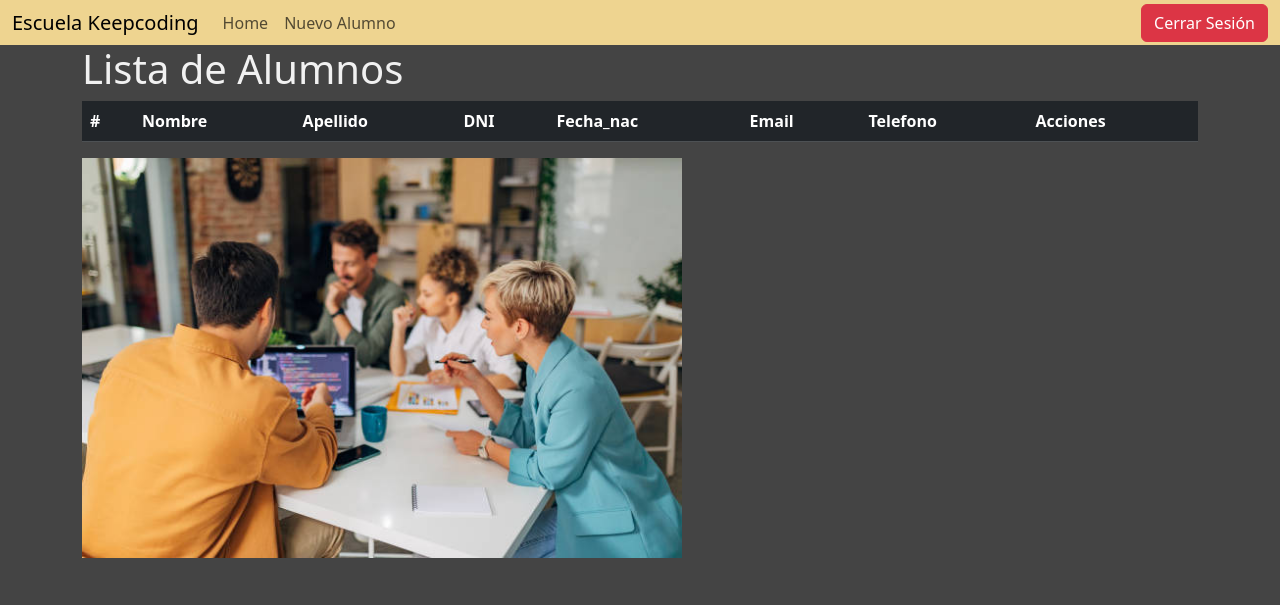
Repository: ChusmiPalos/EscuelaKeepcoding
Page: http://localhost/menu
The author's editor kept a copy of each file at every save. The page is drawn from the files as they stood at one save, then again after the next save.
The browser window is 1280 px wide. The pictures show the whole page.
The page is this project's Thymeleaf template; nobody is signed in. The template is opened directly, without the code that normally fills it, so the values that code supplies are empty.

Above is the page before, as saved 2024-07-06 23:22:19.

After the next save:
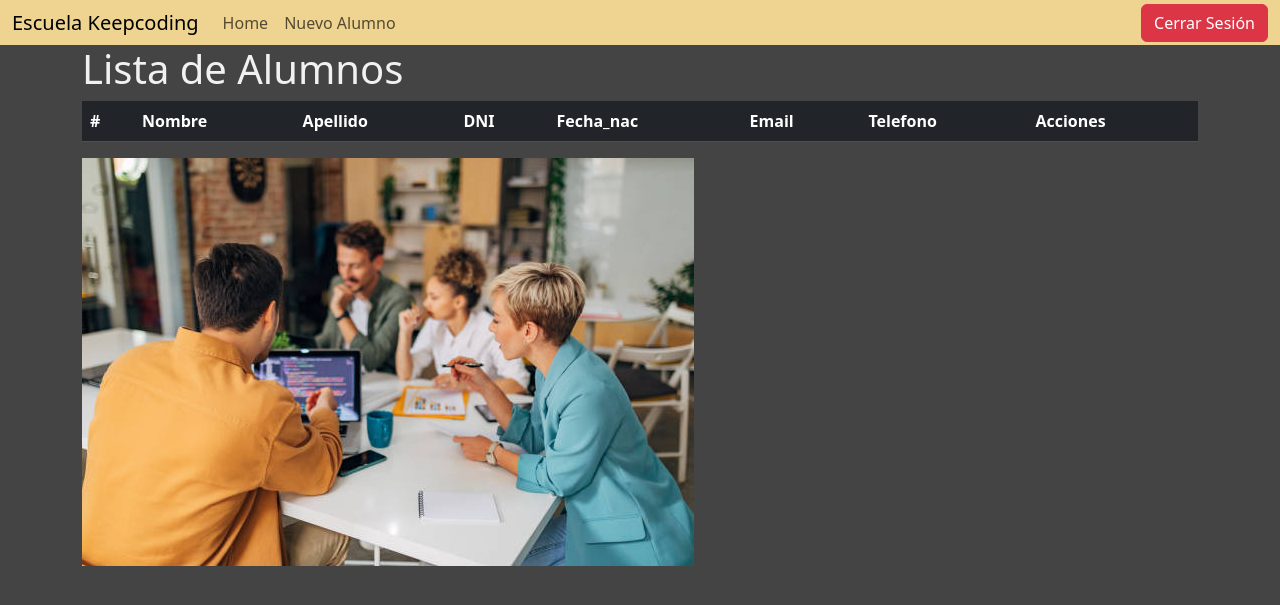
Saved 15 s later.
--- a/app-web-escuela/src/main/resources/templates/menu.html
+++ b/app-web-escuela/src/main/resources/templates/menu.html
@@ -41,7 +41,7 @@
 
 			</tbody>
 		</table>
-		<img th:src="@{/images/alumnos.jpg}" alt="Cinque Terre" width="600" height="400">
+		<img th:src="@{/images/alumnos.jpg}" alt="Cinque Terre" >
 	</div>
 
 
